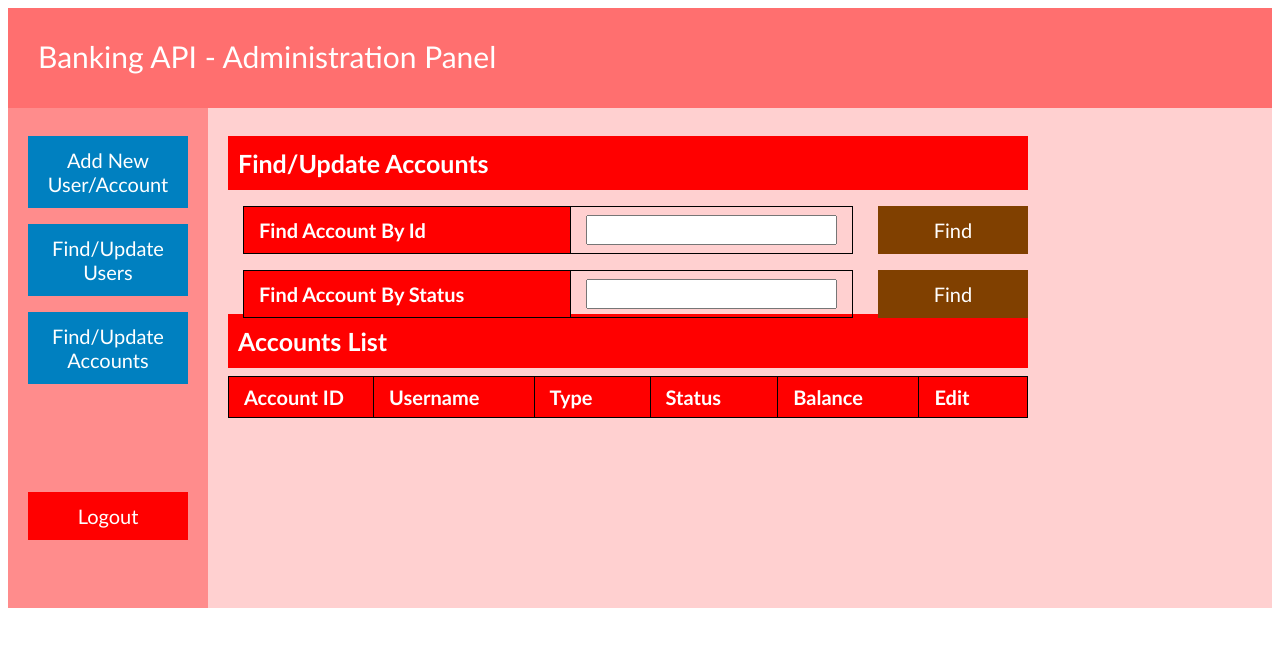
Repository: kennyufish/Revature_ROCP1_Project_Banking_API
Page: http://localhost/banking_api/findUpdateAccounts
The author's editor kept a copy of each file at every save. The page is drawn from the files as they stood at one save, then again after the next save.
The browser window is 1280 px wide. The pictures show the whole page.
The page is served by Tomcat 9. Queries for data that is not in the repository find no rows.

Above is the page before, as saved 2020-10-14 15:20:16.

After the next save:
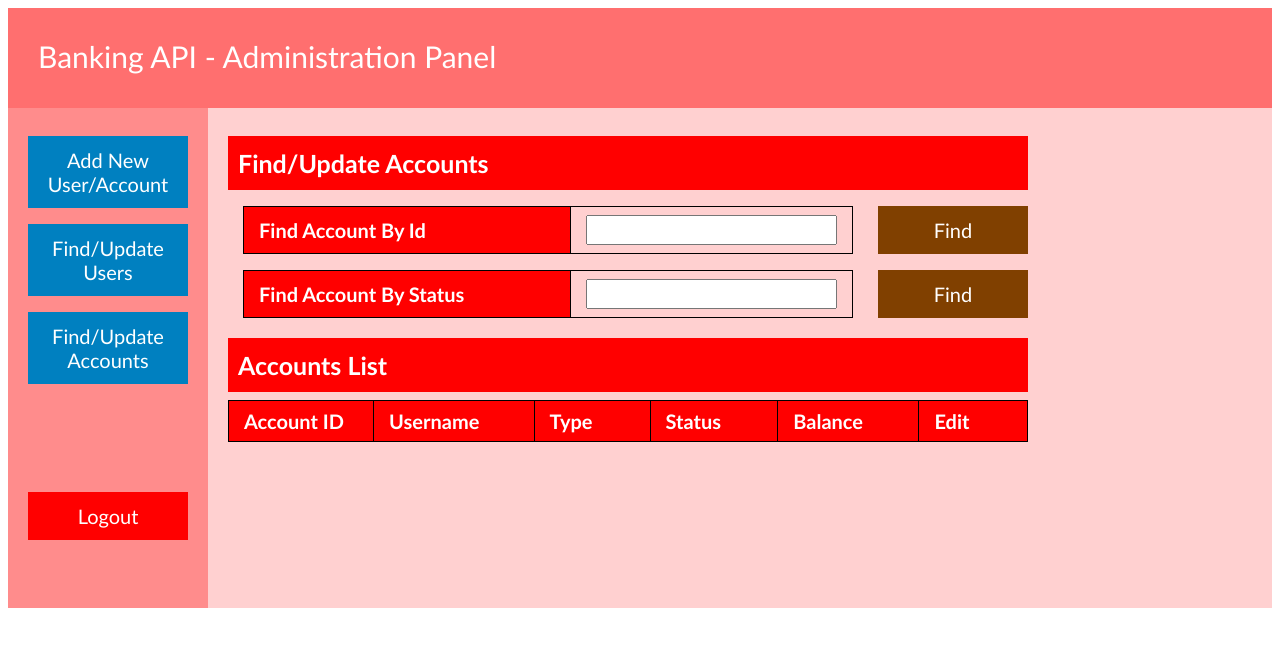
Saved 4 s later.
--- a/banking_api/src/main/java/com/app/banking/controller/FindUpdateAccountsController.java
+++ b/banking_api/src/main/java/com/app/banking/controller/FindUpdateAccountsController.java
@@ -64,7 +64,7 @@ public class FindUpdateAccountsController extends HttpServlet {
 			out.print("<td><input style='width:100%' type='number' min='0' step='1' name='accountId' required /></td></tr></table>");
 			out.print("<button class='smallButton findButton' type='submit' name='findAccountByStatus'>Find</button></div>");
 			out.print("</form>");
-			out.print("<br><br>");
+			out.print("<br><br><br>");
 			//
 
 			//show all account list block
